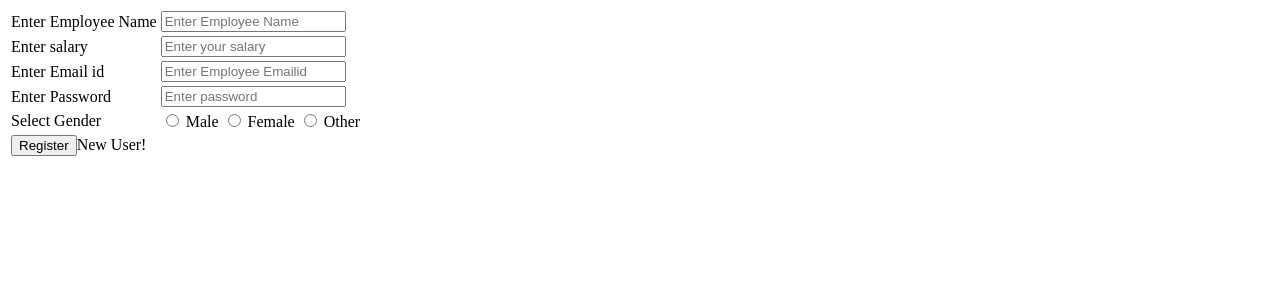
Repository: Ranjith-Kondra/FSD57_MODULE3
Page: AdvJava/WorkSpace2/EmpWebApp/WebContent/Register.html
The author's editor kept a copy of each file at every save. The page is drawn from the files as they stood at one save, then again after the next save.
The browser window is 1280 px wide. The pictures show the whole page.

Above is the page before, as saved 2024-01-05 10:16:11.

After the next save:
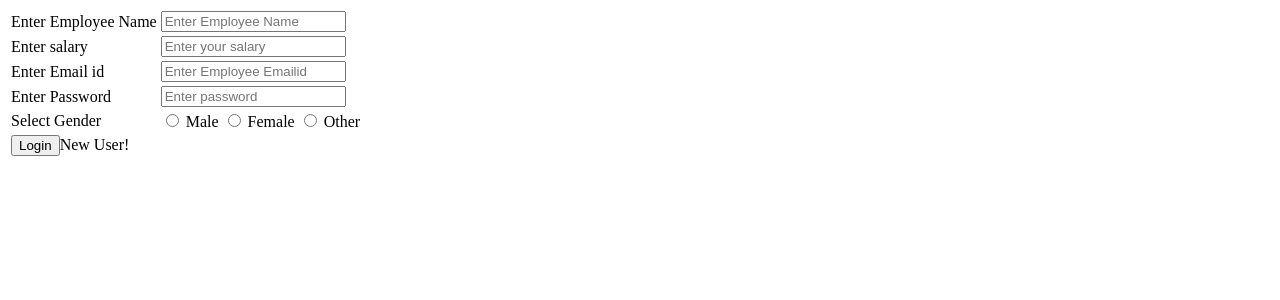
Saved 84 s later.
--- a/AdvJava/WorkSpace2/EmpWebApp/WebContent/Register.html
+++ b/AdvJava/WorkSpace2/EmpWebApp/WebContent/Register.html
@@ -38,7 +38,7 @@
         </tr>
 
         <tr>
-            <td><button type="submit">Register</button>New User!<a href = 'Login.html'></a></td>
+            <td><button>Login</button>New User!<a href = 'Register.html'></a></td>
         </tr>
 
 </table>
